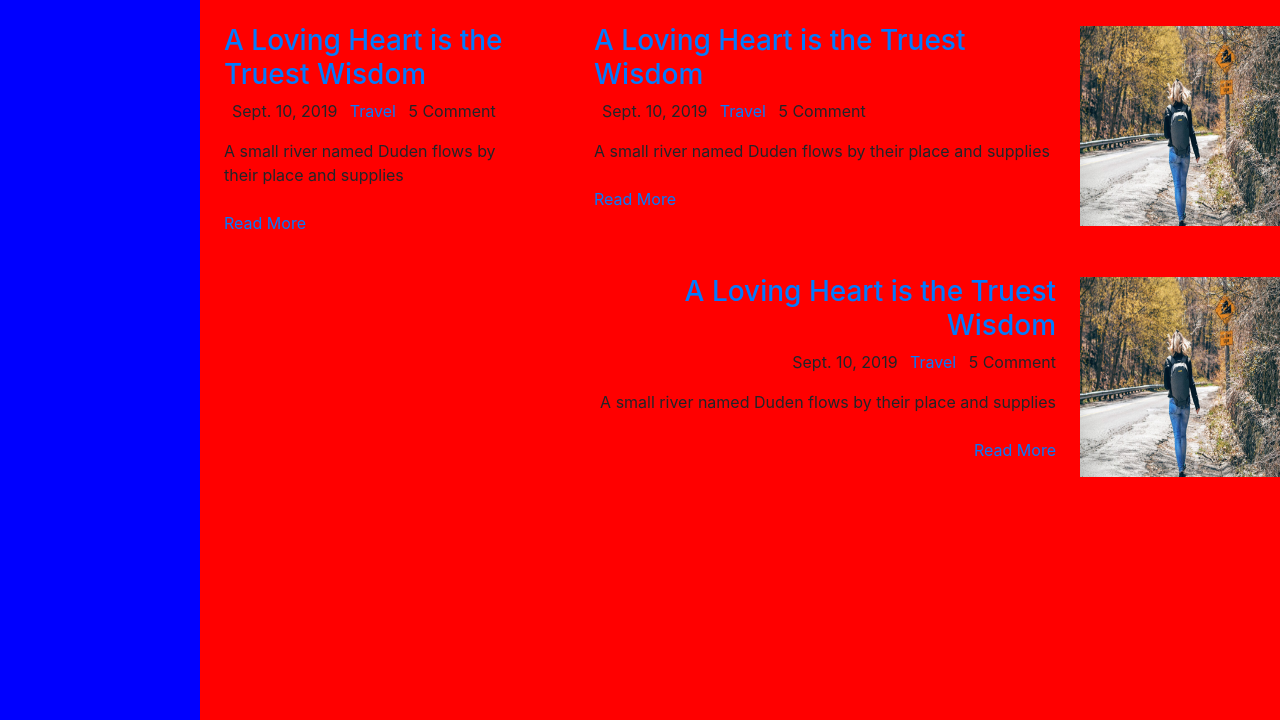
Repository: tts2610/GoogleNews
Page: index.html
The author's editor kept a copy of each file at every save. The page is drawn from the files as they stood at one save, then again after the next save.
The browser window is 1280 px wide. The pictures show the whole page.
The page's requests for data from a server got no answer.

Above is the page before, as saved 2020-05-20 13:40:01.

### index.html
<!DOCTYPE html>
<html lang="en">

<head>
    <meta charset="UTF-8">
    <meta name="viewport" content="width=device-width, initial-scale=1.0">
    <title>Document</title>
    <link rel="stylesheet" href="https://maxcdn.bootstrapcdn.com/bootstrap/4.4.1/css/bootstrap.min.css">

    <!-- jQuery library -->
    <script src="https://ajax.googleapis.com/ajax/libs/jquery/3.5.1/jquery.min.js"></script>

    <!-- Popper JS -->
    <script src="https://cdnjs.cloudflare.com/ajax/libs/popper.js/1.16.0/umd/popper.min.js"></script>

    <!-- Latest compiled JavaScript -->
    <script src="https://maxcdn.bootstrapcdn.com/bootstrap/4.4.1/js/bootstrap.min.js"></script>
    <link rel="stylesheet" href="css/style.css">
</head>

<body>
    <div class="myContainer">
        <div class="sidenav"></div>
        <div class="content">
            <div class="row">
                <div class="col-4 d-flex">
                    <div class="blog-entry ftco-animate active">
                        <div class="carousel-blog owl-carousel">
                            <div class="item">
                                <a href="single.html" class="img" style="background-image: url(images/image_8.jpg);"></a>
                            </div>
                        </div>
                        <div class="text p-4">
                            <h3 class="mb-2"><a href="single.html">A Loving Heart is the Truest Wisdom</a></h3>
                            <div class="meta-wrap">
                                <p class="meta">
                                    <span><i class="icon-calendar mr-2"></i>Sept. 10, 2019</span>
                                    <span><a href="single.html"><i class="icon-folder-o mr-2"></i>Travel</a></span>
                                    <span><i class="icon-comment2 mr-2"></i>5 Comment</span>
                                </p>
                            </div>
                            <p class="mb-4">A small river named Duden flows by their place and supplies</p>
                            <p><a href="#" class="btn-custom">Read More <span class="ion-ios-arrow-forward"></span></a></p>
                        </div>
                    </div>
                </div>
                <div class="col-8 d-flex">
                    <div class="row">
                        <div class="col-md-12">
                            <div class="blog-entry ftco-animate d-md-flex align-items-center">
                                <div class="text text-2 p-4">
                                    <h3 class="mb-2"><a href="single.html">A Loving Heart is the Truest Wisdom</a></h3>
                                    <div class="meta-wrap">
                                        <p class="meta">
                                            <span><i class="icon-calendar mr-2"></i>Sept. 10, 2019</span>
                                            <span><a href="single.html"><i class="icon-folder-o mr-2"></i>Travel</a></span>
                                            <span><i class="icon-comment2 mr-2"></i>5 Comment</span>
                                        </p>
                                    </div>
                                    <p class="mb-4">A small river named Duden flows by their place and supplies</p>
                                    <p><a href="#" class="btn-custom">Read More <span class="ion-ios-arrow-forward"></span></a></p>
                                </div>
                                <div class="news-img"><img src="img/image_8.jpg" width="200" height="200"></div>
                            </div>
                        </div>
                        <div class="col-md-12">
                            <div class="blog-entry ftco-animate d-md-flex align-items-center">
                                <div class="text text-2 text-md-right p-4">
                                    <h3 class="mb-2"><a href="single.html">A Loving Heart is the Truest Wisdom</a></h3>
                                    <div class="meta-wrap">
                                        <p class="meta">
                                            <span><i class="icon-calendar mr-2"></i>Sept. 10, 2019</span>
                                            <span><a href="single.html"><i class="icon-folder-o mr-2"></i>Travel</a></span>
                                            <span><i class="icon-comment2 mr-2"></i>5 Comment</span>
                                        </p>
                                    </div>
                                    <p class="mb-4">A small river named Duden flows by their place and supplies</p>
                                    <p><a href="#" class="btn-custom">Read More <span class="ion-ios-arrow-forward"></span></a></p>
                                </div>
                                <div class="news-img"><img src="img/image_8.jpg" width="200" height="200"></div>
                            </div>
                        </div>
                    </div>
                </div>
            </div>


        </div>
    </div>

    <script src="js/script.js"></script>
</body>

</html>

### css/style.css
body {
    margin: 0
}

.myContainer {
    display: flex;
    justify-content: start;
}

.sidenav {
    height: 100vh;
    width: 200px;
    float: left;
    position: relative;
    background-color: blue;
}

.content {
    height: 100vh;
    width: calc(100% - 200px);
    float: right;
    position: relative;
    background-color: red;
    overflow-y: scroll;
}

### js/script.js
let newsList = [];
const apiKey = "2dc86bcdc7184b17b45b74b30858f75a"
const loadNews = async() => {
    let url = `https://newsapi.org/v2/top-headlines?country=us&apiKey=${apiKey}`;
    let data = await fetch(url);
    let result = await data.json();

    console.log("what we get here", result);
}

loadNews();

After the next save:
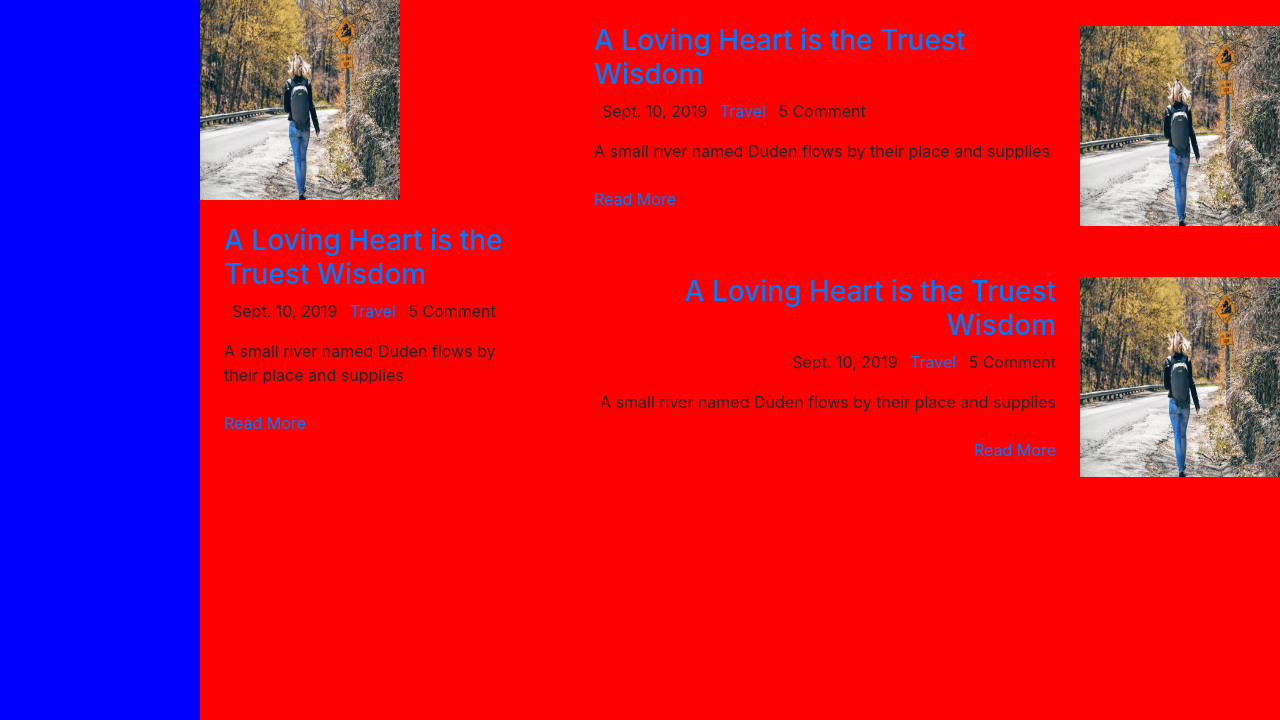
Saved 17 s later.
--- a/index.html
+++ b/index.html
@@ -27,7 +27,7 @@
                     <div class="blog-entry ftco-animate active">
                         <div class="carousel-blog owl-carousel">
                             <div class="item">
-                                <a href="single.html" class="img" style="background-image: url(images/image_8.jpg);"></a>
+                                <img src="img/image_8.jpg" width="200" height="200">
                             </div>
                         </div>
                         <div class="text p-4">
